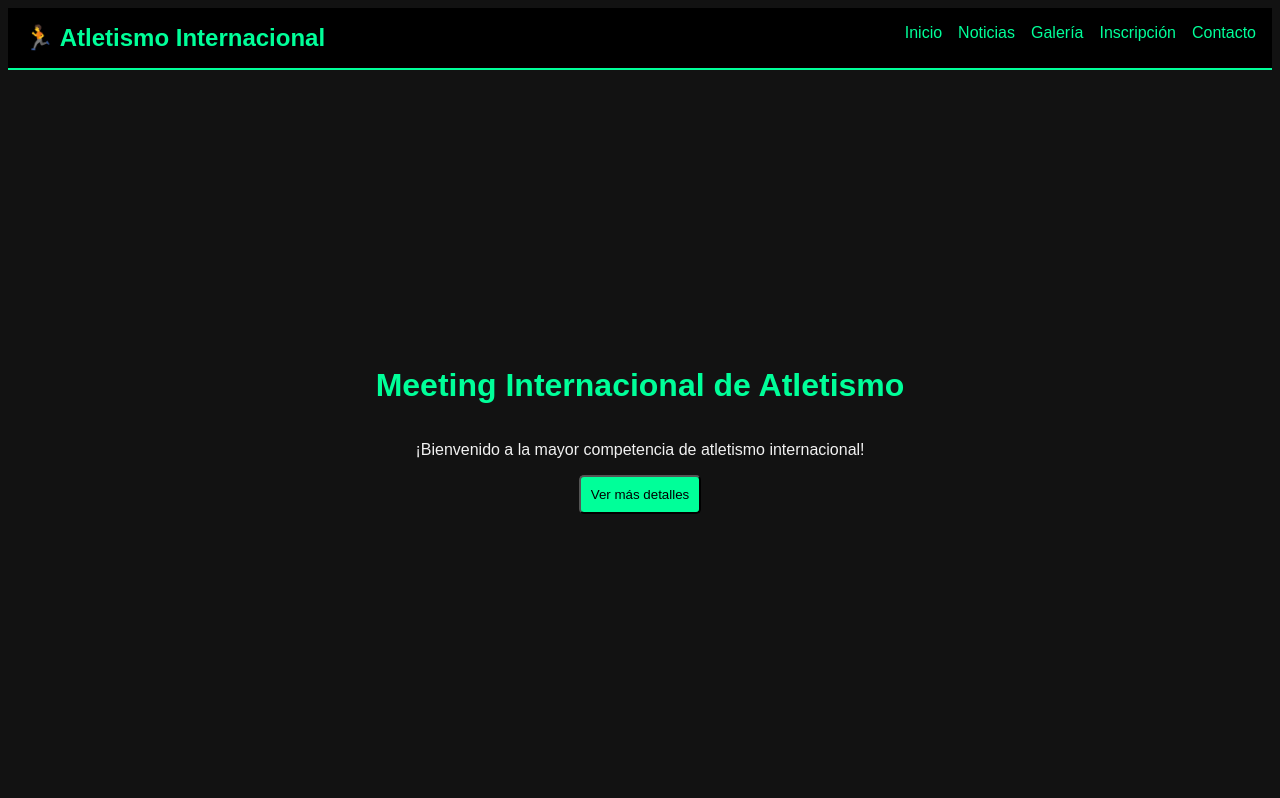
Repository: demoniers/web-meeting
Page: /
The author's editor kept a copy of each file at every save. The page is drawn from the files as they stood at one save, then again after the next save.
The browser window is 1280 px wide. The pictures show the whole page.
The project was rebuilt for these pictures with package versions that can differ from the ones it lists, and the page was loaded fresh each time. Also part of the build but not shown: vite.config.js, src/pages/Noticias.jsx, src/pages/Galeria.jsx, src/pages/Inscripcion.jsx. Imported but missing from the stored project, and not drawn on this page: src/pages/Contacto.

Above is the page before, as saved 2025-05-08 11:56:40.

### src/index.css
@tailwind base;
@tailwind components;
@tailwind utilities;

body {
  background-color: #121212;
  color: #f1f1f1;
  font-family: "Arial", sans-serif;
}

h1 {
  font-size: 2rem;
  font-weight: bold;
  text-align: center;
  color: #00ff99;
}

button {
  background-color: #00ff99;
  color: black;
  padding: 10px;
  border-radius: 5px;
  transition: background 0.3s ease-in-out;
}

button:hover {
  background-color: #ffffff;
}

### src/App.jsx
import { Routes, Route } from "react-router-dom";
import Navbar from "./components/Navbar";
import Home from "./pages/Home";
import Noticias from "./pages/Noticias";
//import Horarios from "./pages/Horarios";
import Galeria from "./pages/Galeria";
import Inscripcion from "./pages/Inscripcion";
//import Contacto from "./pages/Contacto";

export default function App() {
  return (
    <>
      <Navbar />
      <Routes>
        <Route path="/" element={<Home />} />
        <Route path="/noticias" element={<Noticias />} />
        <Route path="/galeria" element={<Galeria />} />
        <Route path="/inscripcion" element={<Inscripcion />} />
      </Routes>
    </>
  );
}

### src/components/Navbar.jsx
import { Link } from "react-router-dom";
import styles from "./Navbar.module.css"; // Importamos los estilos

export default function Navbar() {
  return (
    <nav className={styles.navbar}>
      <div className={styles.logo}>🏃 Atletismo Internacional</div>
      <div className={styles.links}>
        <Link to="/" className={styles.link}>Inicio</Link>
        <Link to="/noticias" className={styles.link}>Noticias</Link>
        <Link to="/galeria" className={styles.link}>Galería</Link>
        <Link to="/inscripcion" className={styles.link}>Inscripción</Link>
        <Link to="/contacto" className={styles.link}>Contacto</Link>
      </div>
    </nav>
  );
}

### src/pages/Home.jsx
export default function Home() {
    return (
      <div className="flex flex-col items-center justify-center h-screen">
        <h1 className="text-green-400 text-4xl font-extrabold">Meeting Internacional de Atletismo</h1>
        <p className="text-gray-300 mt-4">¡Bienvenido a la mayor competencia de atletismo internacional!</p>
        <button className="mt-6">Ver más detalles</button>
      </div>
    );
  }

### src/components/Navbar.module.css
.navbar {
  background-color: black;
  padding: 1rem;
  display: flex;
  justify-content: space-between;
  border-bottom: 2px solid #00ff99;
}

.logo {
  font-size: 1.5rem;
  font-weight: bold;
  color: #00ff99;
}

.links {
  display: flex;
  gap: 1rem;
}

.link {
  color: #00ff99;
  text-decoration: none;
  transition: color 0.3s;
}

.link:hover {
  color: white;
}

/* Responsivo */
@media (max-width: 768px) {
  .navbar {
    flex-direction: column;
    text-align: center;
  }
  .links {
    flex-direction: column;
  }
}

### src/styles/globalStyles.module.css
/* 🎨 Estilos generales para toda la web */
body {
    background-color: #121212;
    color: #f1f1f1;
    font-family: "Arial", sans-serif;
    margin: 0;
    padding: 0;
  }

  /* 🔹 Contenedores y estructura */
  .container {
    max-width: 1200px;
    margin: auto;
    padding: 20px;
  }

  /* 📌 Estilos para títulos */
  h1 {
    font-size: 2rem;
    font-weight: bold;
    text-align: center;
    color: #00ff99;
  }

  h2 {
    font-size: 1.5rem;
    font-weight: bold;
    color: #00ff99;
  }

  /* 🖼️ Tarjetas y secciones */
  .card {
    background-color: #1a1a1a;
    border-radius: 8px;
    padding: 20px;
    margin: 10px 0;
    box-shadow: 0 4px 8px rgba(0, 255, 153, 0.2);
  }

  .button {
    background-color: #00ff99;
    color: black;
    padding: 10px;
    border-radius: 5px;
    transition: background 0.3s ease-in-out;
    cursor: pointer;
  }

  .button:hover {
    background-color: #ffffff;
  }

  /* 📱 Estilos responsivos */
  @media (max-width: 768px) {
    .container {
      padding: 10px;
    }

    h1 {
      font-size: 1.5rem;
    }

    .card {
      padding: 15px;
    }
  }

Loaded but not shown: index.html (common file); src/main.jsx (common file)

After the next save:
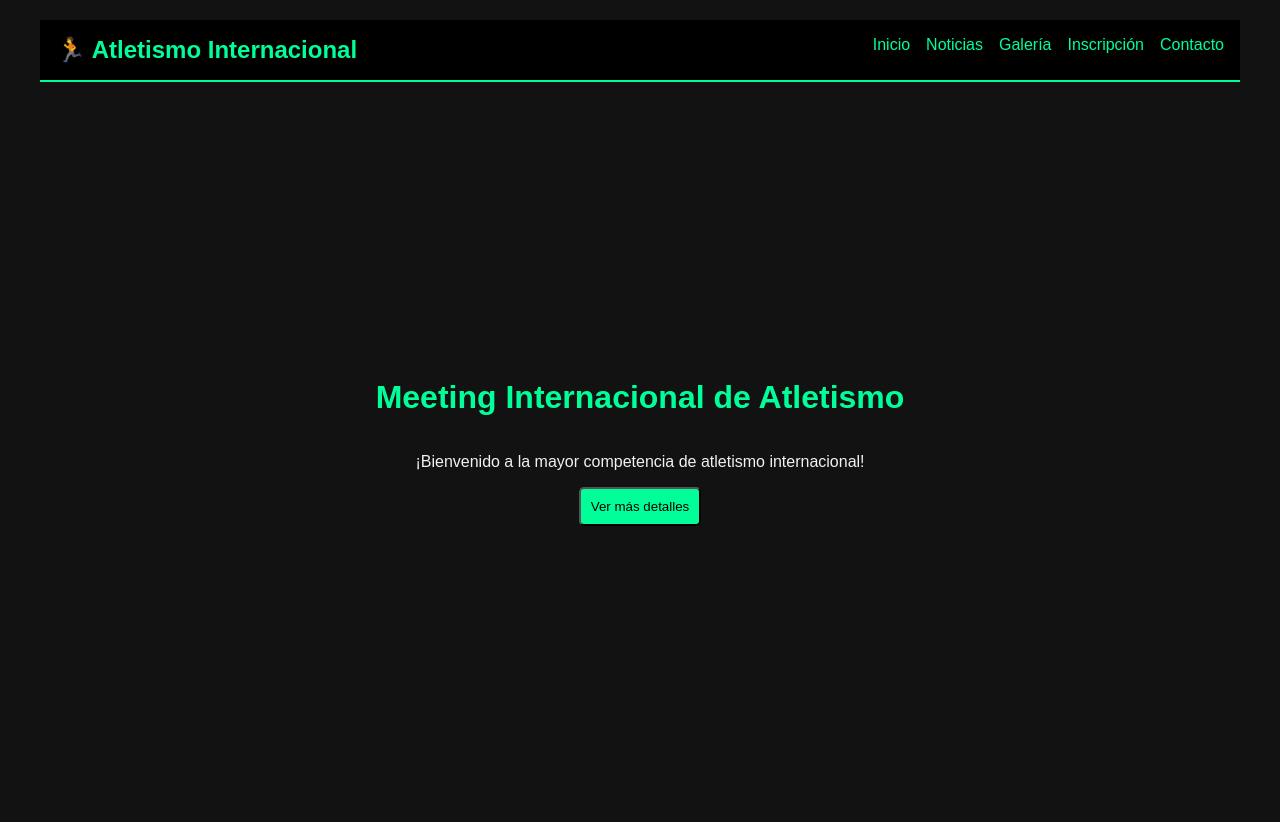
Saved 32 s later.
--- a/src/App.jsx
+++ b/src/App.jsx
@@ -1,22 +1,23 @@
+import styles from "./styles/globalStyles.module.css";
 import { Routes, Route } from "react-router-dom";
 import Navbar from "./components/Navbar";
 import Home from "./pages/Home";
 import Noticias from "./pages/Noticias";
-//import Horarios from "./pages/Horarios";
 import Galeria from "./pages/Galeria";
 import Inscripcion from "./pages/Inscripcion";
-//import Contacto from "./pages/Contacto";
+import Contacto from "./pages/Contacto";
 
 export default function App() {
   return (
-    <>
+    <div className={styles.container}>
       <Navbar />
       <Routes>
         <Route path="/" element={<Home />} />
         <Route path="/noticias" element={<Noticias />} />
         <Route path="/galeria" element={<Galeria />} />
         <Route path="/inscripcion" element={<Inscripcion />} />
+        <Route path="/contacto" element={<Contacto />} />
       </Routes>
-    </>
+    </div>
   );
 }
